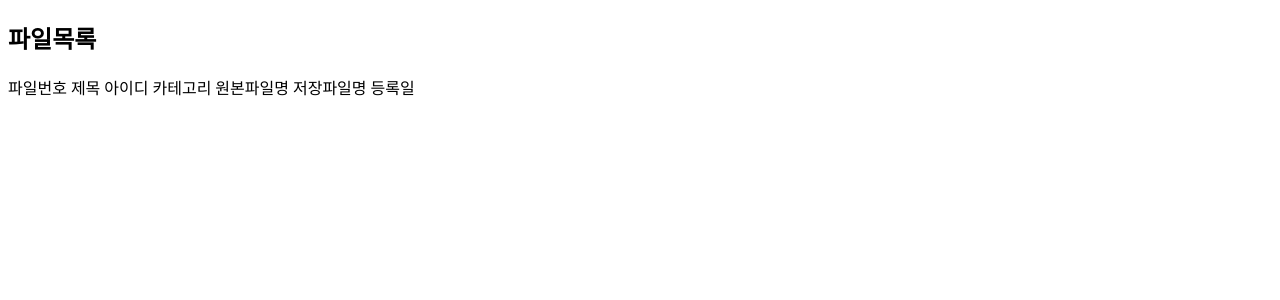
Repository: allely/spring
Page: http://localhost/jsp/upload/list
These files come from the project's save history. The page is drawn as it stood at one moment and after the next save; the edit follows.
The browser window is 1280 px wide. The pictures show the whole page.
The page is served by Tomcat 9. Queries for data that is not in the repository find no rows.

Above is the page before, as saved 2023-11-27 07:54:52.

After the next save:
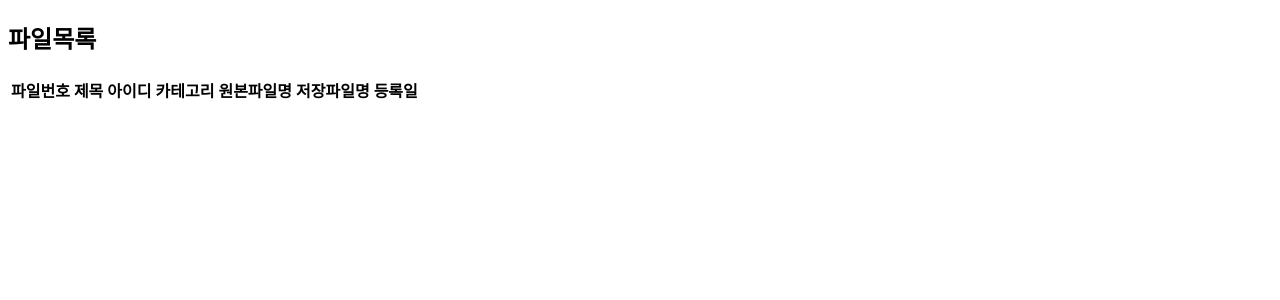
Saved 75 s later.
--- a/2. 서블릿 & JSP/jsp/jsp/src/main/webapp/10.upload/list.jsp
+++ b/2. 서블릿 & JSP/jsp/jsp/src/main/webapp/10.upload/list.jsp
@@ -9,25 +9,27 @@
 </head>
 <body>
 	<h2>파일목록</h2>
-		<tr>
-			<th>파일번호</th>
-			<th>제목</th>
-			<th>아이디</th>
-			<th>카테고리</th>
-			<th>원본파일명</th>
-			<th>저장파일명</th>
-			<th>등록일</th>
-		</tr>
-	<c:forEach items="${list}" var="fileDto" >
-		<tr>
-			<td>${fileDto.file_no }</td>
-			<td>${fileDto.name }</td>
-			<td>${fileDto.title }</td>
-			<td>${fileDto.cate }</td>
-			<td>${fileDto.ofile }</td>
-			<td>${fileDto.sfile }</td>
-			<td>${fileDto.postdate }</td>
-		</tr>
-	</c:forEach>
+	<table>
+			<tr>
+				<th>파일번호</th>
+				<th>제목</th>
+				<th>아이디</th>
+				<th>카테고리</th>
+				<th>원본파일명</th>
+				<th>저장파일명</th>
+				<th>등록일</th>
+			</tr>
+		<c:forEach items="${list}" var="fileDto" >
+			<tr>
+				<td>${fileDto.file_no }</td>
+				<td>${fileDto.name }</td>
+				<td>${fileDto.title }</td>
+				<td>${fileDto.cate }</td>
+				<td>${fileDto.ofile }</td>
+				<td>${fileDto.sfile }</td>
+				<td>${fileDto.postdate }</td>
+			</tr>
+		</c:forEach>
+	</table>
 </body>
 </html>
